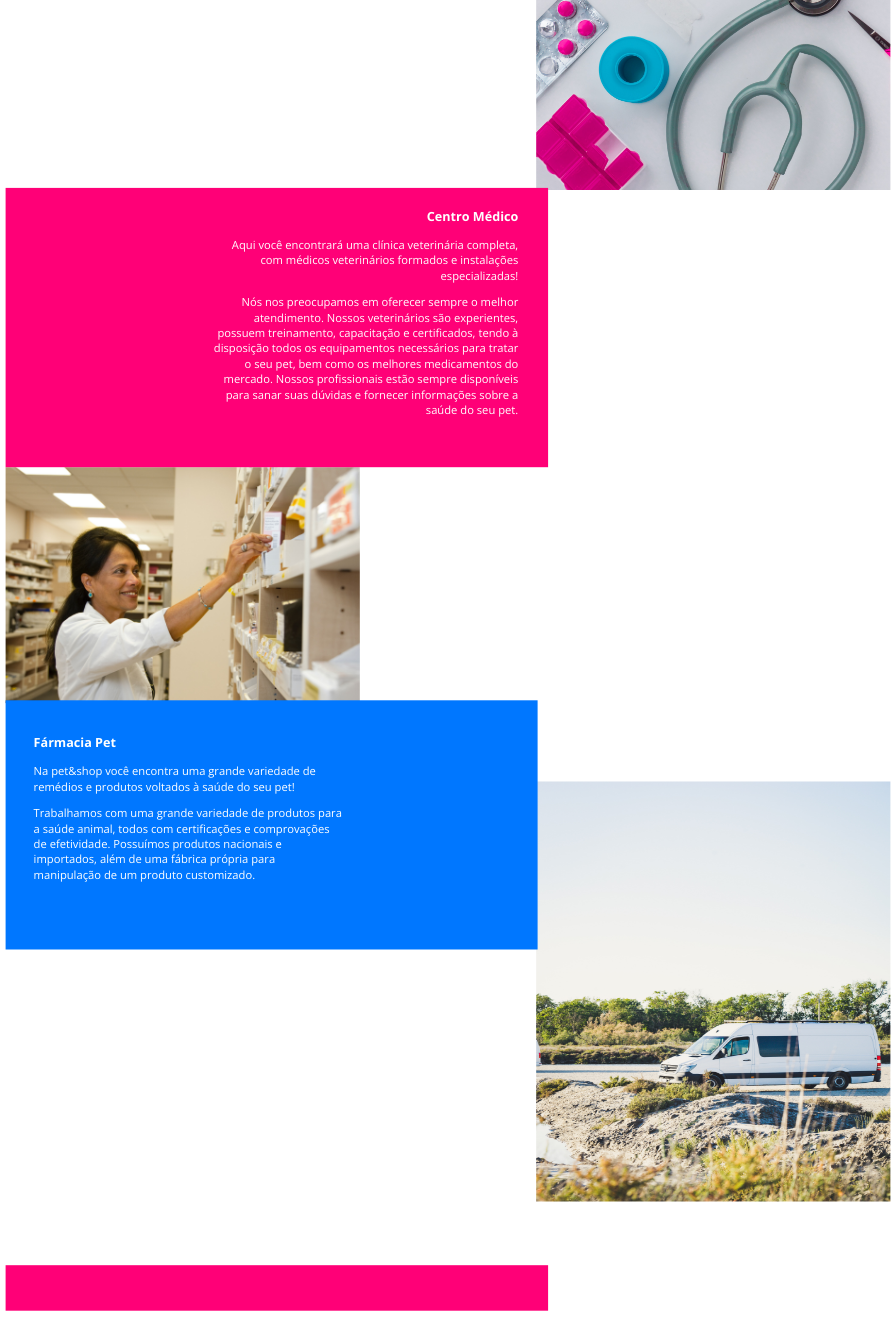
Repository: Iluiscarlos/Projeto-Site-PetShop
Page: Services.html
The author's editor kept a copy of each file at every save. The page is drawn from the files as they stood at one save, then again after the next save.
The browser window is 1280 px wide. The pictures show the part of the page from y = 968 to 2888 px (the page is 2858 px tall before and 2888 px after), at 70% of full size.
Some web libraries are served in a nearby version.

Above is the page before, as saved 2022-04-26 21:24:01.

After the next save:
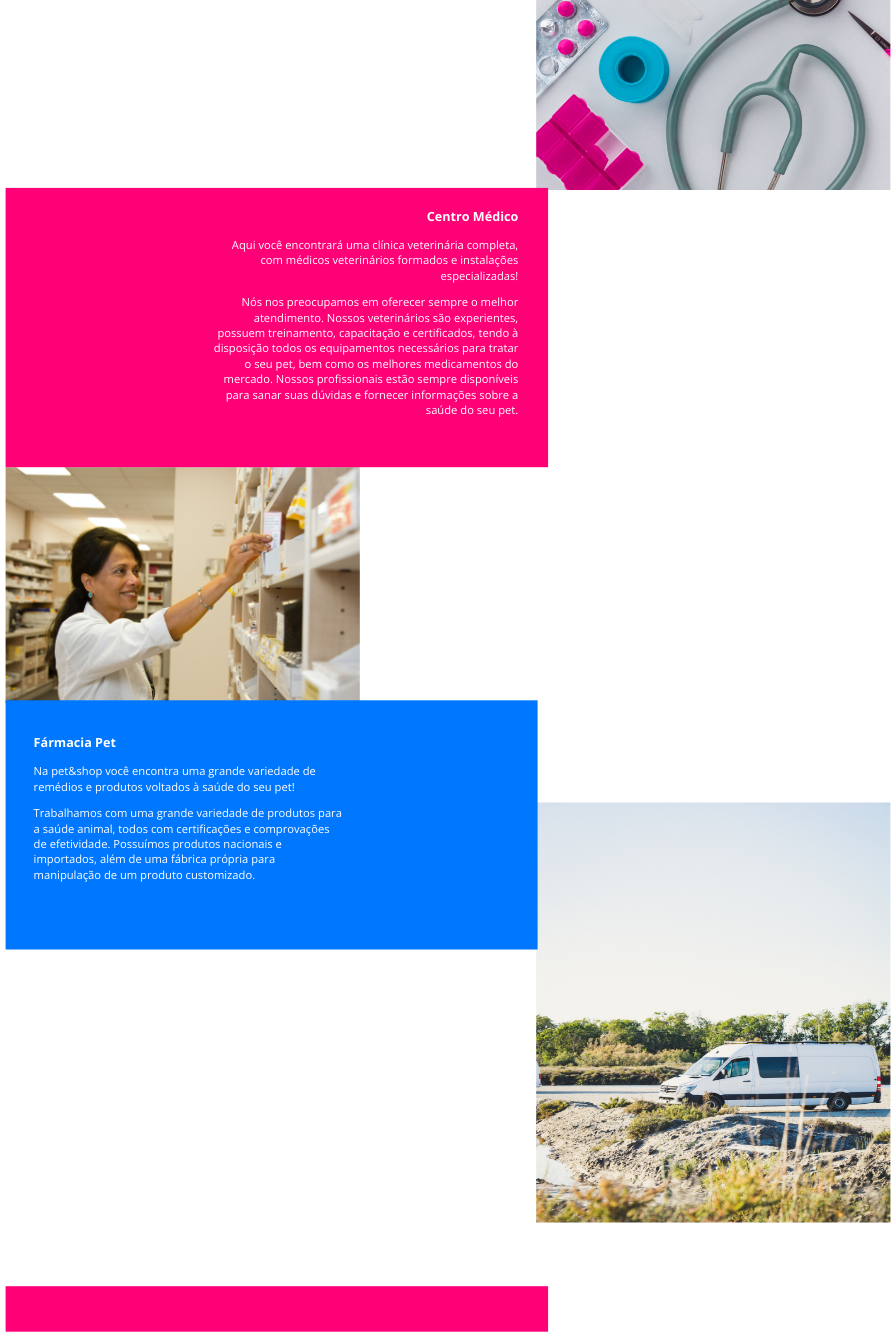
Saved 17 s later.
--- a/Services.html
+++ b/Services.html
@@ -181,7 +181,7 @@
         width: 40%;
         height: 600px;
         display: inline-block;
-        margin-top: -280px;
+        margin-top: -250px;
         margin-right: 0px;
         margin-bottom: 5%;
         padding-bottom: 80px;
